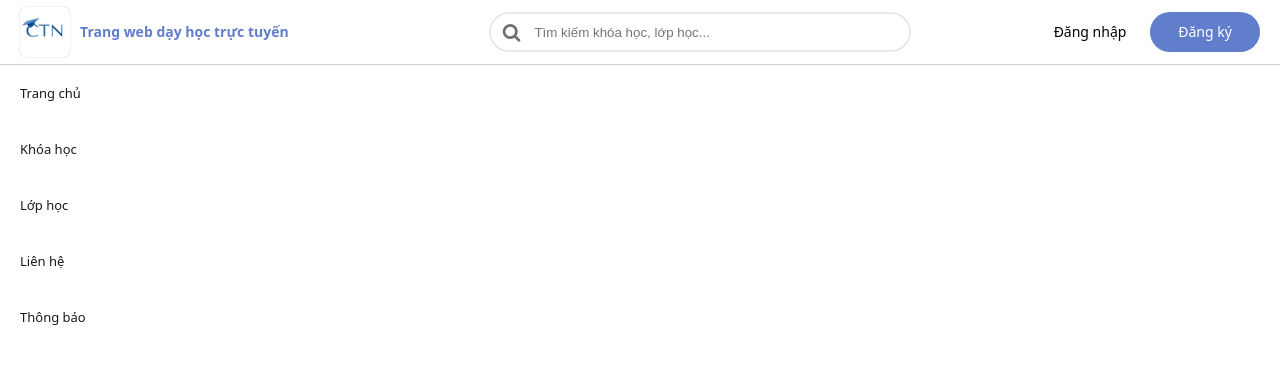
Repository: Nieday306/shophoaqua
Page: index.html
The author's editor kept a copy of each file at every save. The page is drawn from the files as they stood at one save, then again after the next save.
The browser window is 1280 px wide. The pictures show the whole page.

Above is the page before, as saved 2024-04-07 10:29:35.

After the next save:
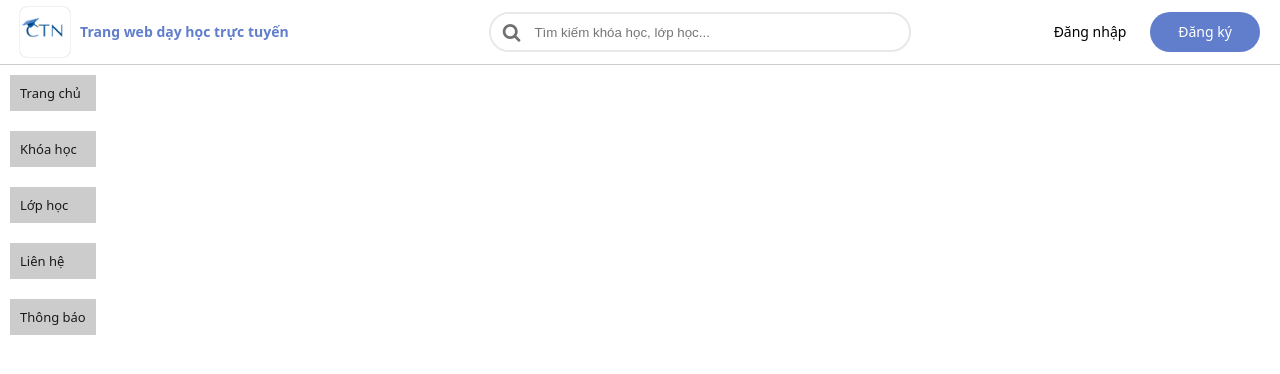
Saved 14 s later.
--- a/assets/css/style.css
+++ b/assets/css/style.css
@@ -163,6 +163,7 @@ a {
 
 .sidebar__item {
   padding: 10px;
+  background-color: #ccc;
 }
 
 .sidebar__desc {
